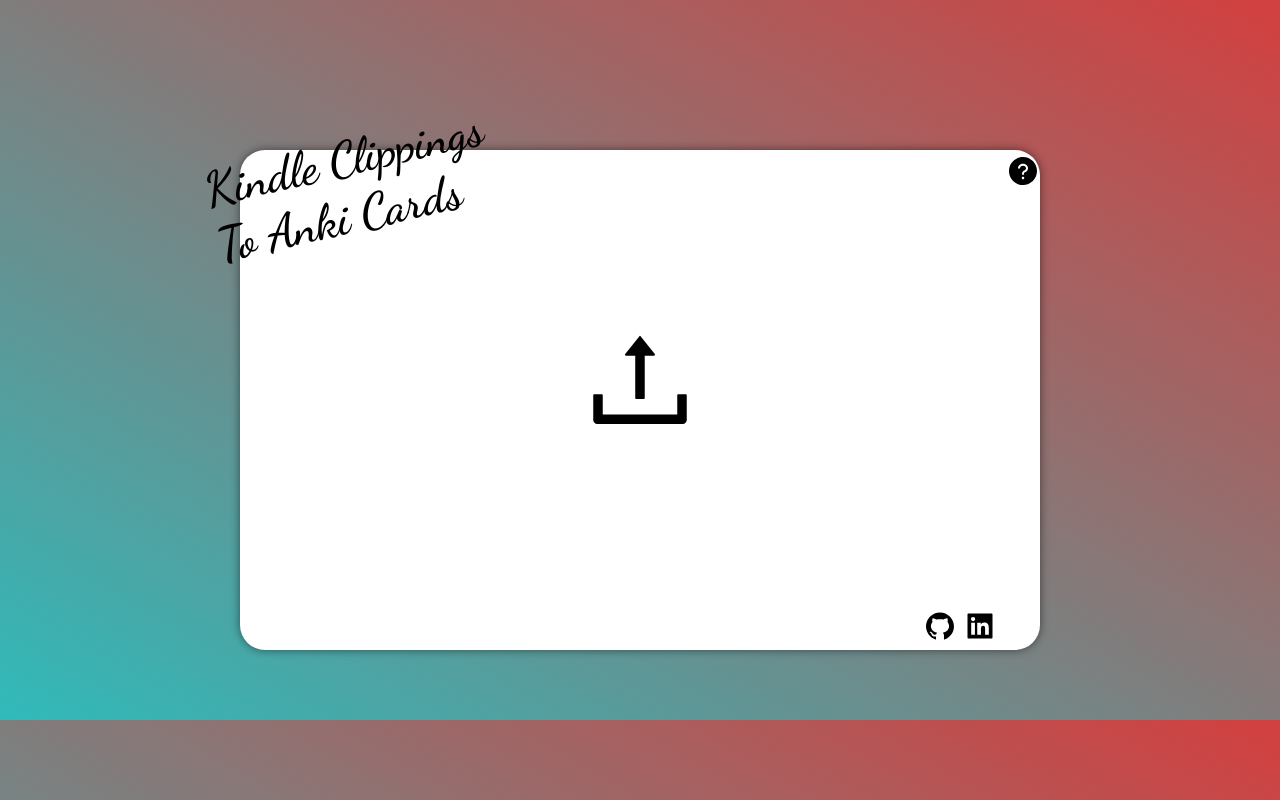
Repository: Lewisjohnward/kindle-clippings-to-cards
Page: /
These files come from the project's save history. The page is drawn as it stood at one moment and after the next save; the edit follows.
The browser window is 1280 px wide. The pictures show the whole page.
Backgrounds fixed to the window are drawn as part of the page. The project was rebuilt for these pictures with package versions that can differ from the ones it lists, and the page was loaded fresh each time.

Above is the page before, as saved 2021-10-29 13:16:30.

### public/index.html
<!DOCTYPE html>
<html lang="en">
  <head>
    <meta charset="utf-8" />
    <link rel="icon" href="%PUBLIC_URL%/favicon.ico" />
    <meta name="viewport" content="width=device-width, initial-scale=1" />
    <meta name="theme-color" content="#000000" />
    <meta
      name="description"
      content="Web site created using create-react-app"
    />
    <link rel="apple-touch-icon" href="%PUBLIC_URL%/logo192.png" />
    <!--
      manifest.json provides metadata used when your web app is installed on a
      user's mobile device or desktop. See https://developers.google.com/web/fundamentals/web-app-manifest/
    -->
    <link rel="manifest" href="%PUBLIC_URL%/manifest.json" />
    <link rel="preconnect" href="https://fonts.googleapis.com">
<link rel="preconnect" href="https://fonts.gstatic.com" crossorigin>
<link href="https://fonts.googleapis.com/css2?family=Dancing+Script:wght@600&display=swap" rel="stylesheet">
    <!--
      Notice the use of %PUBLIC_URL% in the tags above.
      It will be replaced with the URL of the `public` folder during the build.
      Only files inside the `public` folder can be referenced from the HTML.

      Unlike "/favicon.ico" or "favicon.ico", "%PUBLIC_URL%/favicon.ico" will
      work correctly both with client-side routing and a non-root public URL.
      Learn how to configure a non-root public URL by running `npm run build`.
    -->
    <title>React App</title>
  </head>
  <body>
    <noscript>You need to enable JavaScript to run this app.</noscript>
    <div id="root"></div>
    <!--
      This HTML file is a template.
      If you open it directly in the browser, you will see an empty page.

      You can add webfonts, meta tags, or analytics to this file.
      The build step will place the bundled scripts into the <body> tag.

      To begin the development, run `npm start` or `yarn start`.
      To create a production bundle, use `npm run build` or `yarn build`.
    -->
  </body>
</html>

### src/index.js
import React from "react"
import ReactDOM from "react-dom"
import App from "./App"
ReactDOM.render(<App />, document.getElementById('root'))

### src/App.js
import { useRef } from "react";
import styled, { createGlobalStyle } from "styled-components";
import { AiOutlineUpload, AiFillGithub, AiFillLinkedin, AiFillQuestionCircle} from "react-icons/ai";

const GlobalStyle = createGlobalStyle`
    body{
        height: 100%;
        margin: 0;
        padding: 0;
        background-repeat: no-repeat;
        background-attachment: fixed;
        background-image: linear-gradient(
            30deg,
            rgb(48, 186, 186),
            rgb(211, 63, 63)
        );


    }
`;

const Frame = styled.div`
  display: flex;
  align-items: center;
  justify-content: center;
  height: 800px;
`;

const MainContainer = styled.div`
  position: relative;
  width: 800px;
  height: 500px;
  border-radius: 25px;
  background: white;
  box-shadow: 0px 0px 10px 0px rgba(0, 0, 0, 0.5);
  font-size: 2em;
`;
const TitleContainer = styled.div`
  position: absolute;
  top: -4%;
  left:  -4%;
  transform: rotate(-13deg);
  font-family: "Dancing Script", cursive;
  font-size: 3rem;
`;
const Title = styled.p`
  margin: 0;
  padding: 0;
`;

const CenterContainer = styled.div`
  display: flex;
  justify-content: center;
  align-items: center;
  height: 92%;
`;

const UploadIcon = styled(AiOutlineUpload)`
  font-size: 4em;
  color: black;
  cursor: pointer;

  &:hover {
    transform: scale(1.05);
    text-shadow: 0px 0px 10px rgba(0, 0, 0, 0.2);
  }
`;

const ExternalLinkContainer = styled.div`
  position: absolute;
  right: 5%;
  display: flex;
  justify-content: space-around;
  align-items: center;
  width: 10%;

  color: black;
  cursor: pointer;

  & > *:hover {
    transform: scale(1.05);
  }
`;

const GithubIcon = styled(AiFillGithub)`
`;
const LinkedinIcon = styled(AiFillLinkedin)`
`;
const QuestionIcon = styled(AiFillQuestionCircle)`
  position: absolute;
  top: 1%;
  right: 0;
  margin-right: 1px;
`;


const Input = styled.input.attrs({
  type: "file",
})`
  display: none;
`;

const App = () => {
  const inputFile = useRef(null);

  const onButtonClick = () => {
    // `current` points to the mounted file input element
    inputFile.current.click();
  };

  return (
    <>
      <GlobalStyle />
      <Frame>
        <MainContainer>
          <TitleContainer>
            <Title>Kindle Clippings</Title>
            <Title>To Anki Cards</Title>
          </TitleContainer>
          <CenterContainer>
            <UploadIcon onClick={onButtonClick} />
            <Input ref={inputFile} />
          </CenterContainer>
          <ExternalLinkContainer>
            <GithubIcon />
            <LinkedinIcon />
          </ExternalLinkContainer>
          <QuestionIcon />
        </MainContainer>
      </Frame>
    </>
  );
};

export default App;

After the next save:
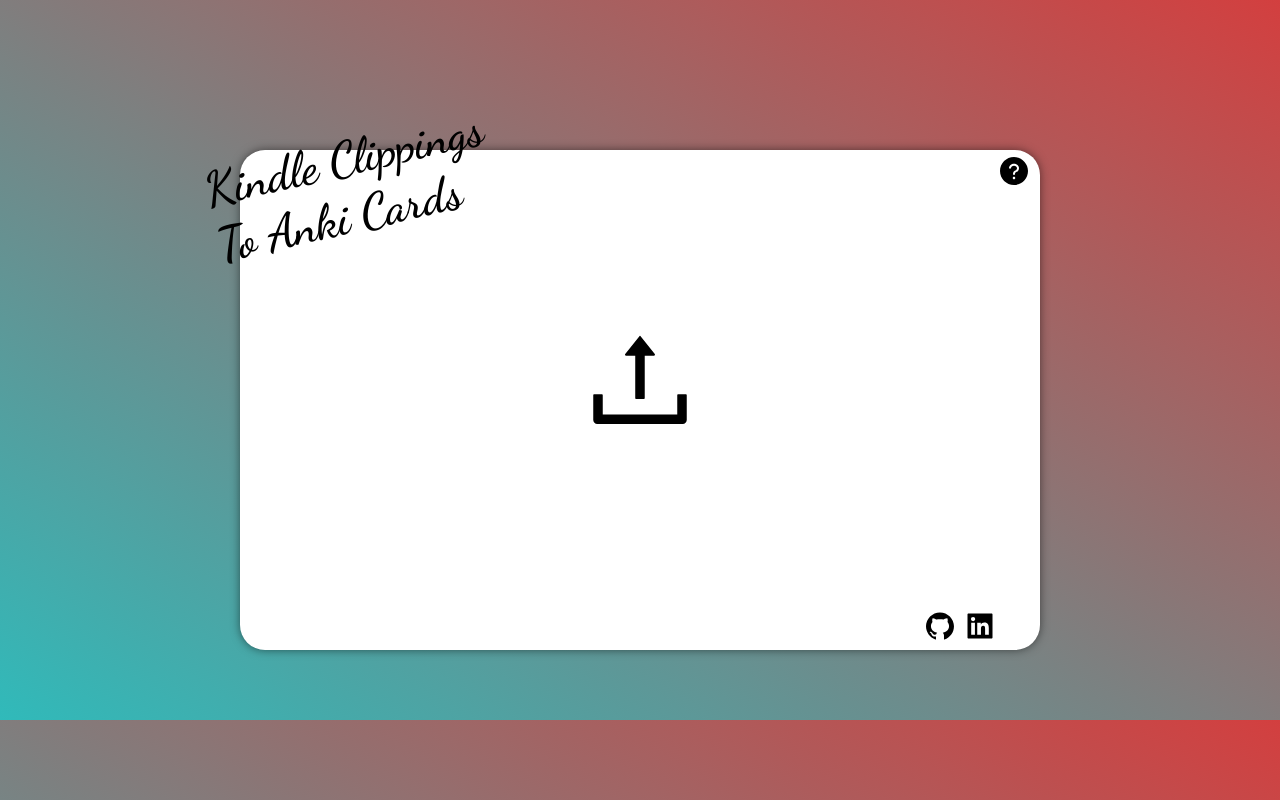
Saved 5 s later.
--- a/src/App.js
+++ b/src/App.js
@@ -90,7 +90,7 @@
   position: absolute;
   top: 1%;
   right: 0;
-  margin-right: 1px;
+  margin-right: 10px;
 `;
 
 
